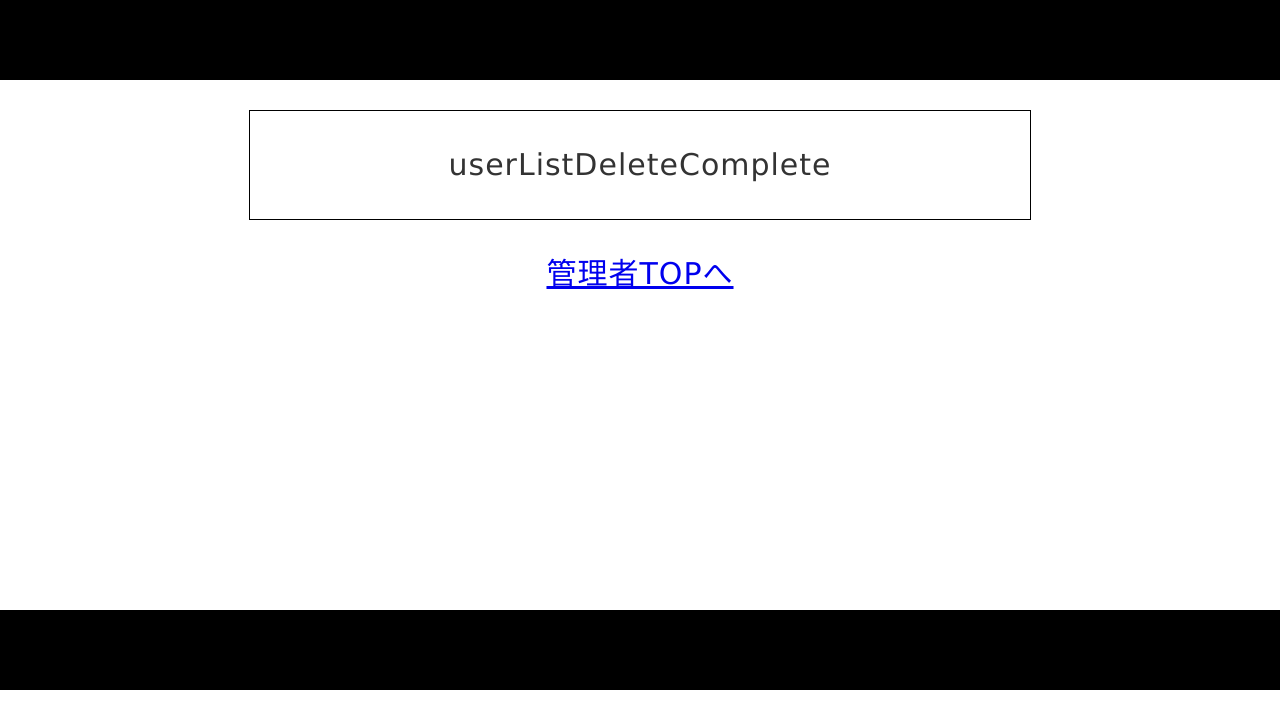
Repository: kazuki000/test
Page: http://localhost/ecsite/userListDeleteComplete.jsp
These files come from the project's save history. The page is drawn as it stood at one moment and after the next save; the edit follows.
The browser window is 1280 px wide. The pictures show the whole page.
The page is served by Tomcat 9.

Above is the page before, as saved 2019-05-04 09:59:51.

After the next save:
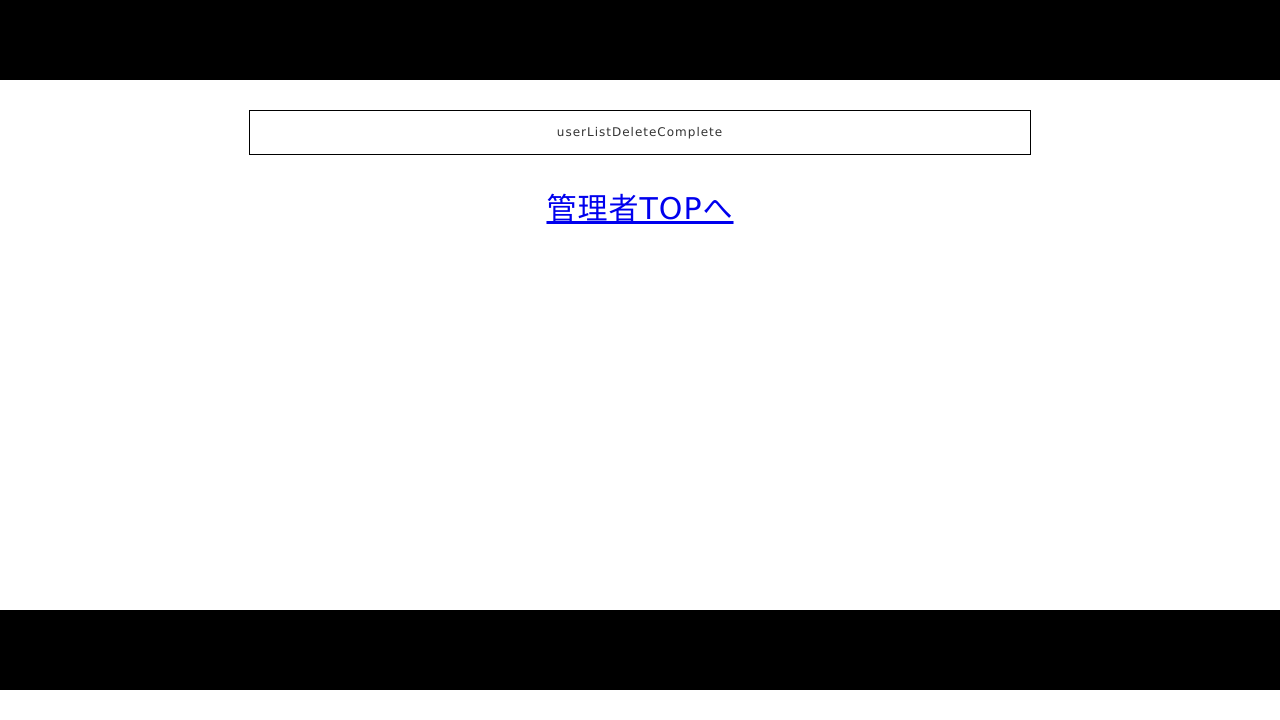
Saved 60 s later.
--- a/ecsite/WebContent/userListDeleteComplete.jsp
+++ b/ecsite/WebContent/userListDeleteComplete.jsp
@@ -58,7 +58,7 @@
 		background-color:black;
 	}
 
-	#main{
+	#main2{
 		font-size:30px;
 	}
 
